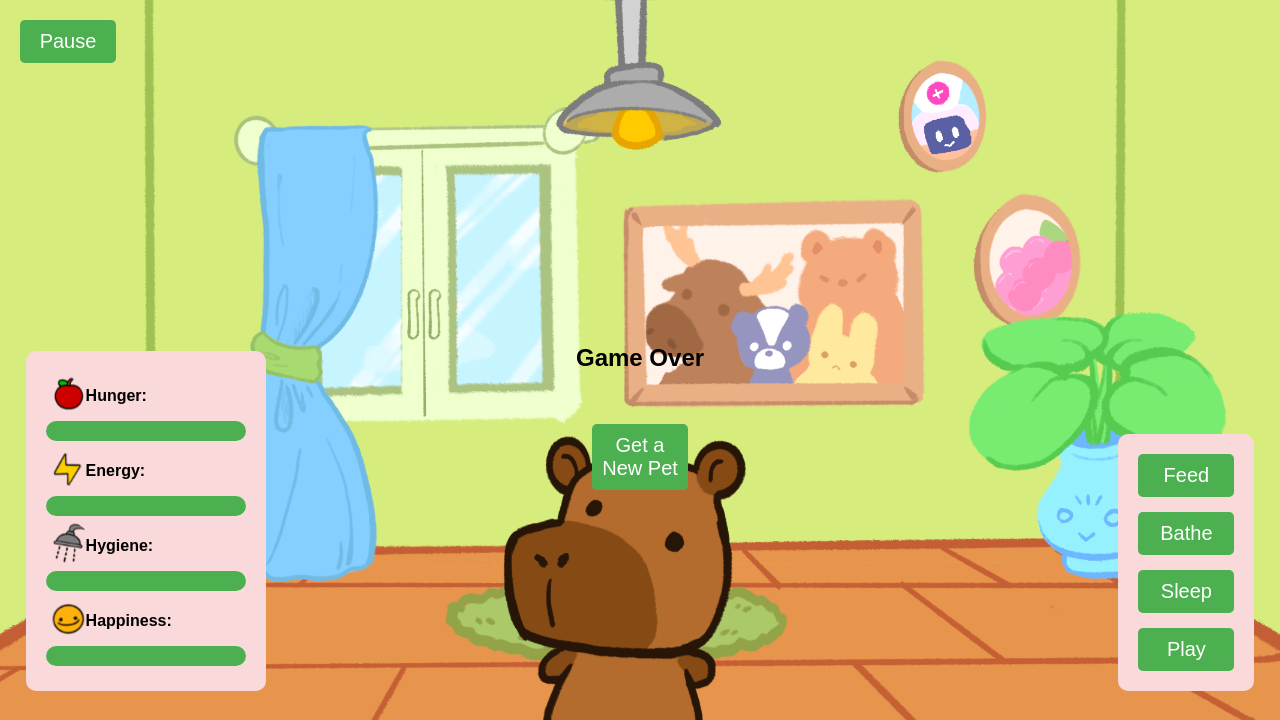
Repository: sarahjx/CapyCare
Page: html/index.html
The author's editor kept a copy of each file at every save. The page is drawn from the files as they stood at one save, then again after the next save.
The browser window is 1280 px wide. The pictures show the whole page.
Some web fonts or font styles are not loaded; a fallback is used.

Above is the page before, as saved 2025-05-01 14:46:29.
Console error: TypeError: Cannot set properties of null (setting 'innerText')

### html/index.html
<!-- @format -->

<!DOCTYPE html>
<html lang="en">
  <head>
    <meta charset="UTF-8" />
    <meta name="viewport" content="width=device-width, initial-scale=1.0" />
    <title>Virtual Pet Game</title>
    <link rel="preconnect" href="https://fonts.googleapis.com">
    <link rel="preconnect" href="https://fonts.gstatic.com" crossorigin>
    <link href="https://fonts.googleapis.com/css2?family=McLaren&display=swap" rel="stylesheet">
    <link rel="stylesheet" href="../css/statusbar.css" />
  </head>
  <body>

    <div class="pet-container">
      <img class="pet-image" src="../images/capybara.png" alt="capybara" />
    </div>

    <div class="status-bar-container">

      <div class="status-bar">
        <div class="status-icon-container">
        <span class="hunger-icon"><img src="../images/hunger.svg" alt="hunger icon"></span>
        <span class="status-label">Hunger:</span>
        </div>
        <div class="status-progress">
          <div id="hunger-fill" class="status-fill"></div>
        </div>
        <div id="hunger-warning" class="warning"></div>
      </div>

      <div class="status-bar">
        <div class="status-icon-container">
        <span class="energy-icon"><img src="../images/energy.svg" alt="energy icon"></span>
        <span class="status-label">Energy:</span>
        </div>
        <div class="status-progress">
          <div id="energy-fill" class="status-fill"></div>
        </div>
        <div id="energy-warning" class="warning"></div>
      </div>

      <div class="status-bar">
        <div class="status-icon-container">
        <span class="hygiene-icon"><img src="../images/hygiene.svg" alt="hygiene icon"></span>
        <span class="status-label">Hygiene:</span>
        </div>
        <div class="status-progress">
          <div id="hygiene-fill" class="status-fill"></div>
        </div>
        <div id="hygiene-warning" class="warning"></div>
      </div>

      <div class="status-bar">
        <div class="status-icon-container">
        <span class="happiness-icon"><img src="../images/happiness.svg" alt="hygiene icon"></span>
        <span class="status-label">Happiness:</span>
        </div>
        <div class="status-progress">
          <div id="happiness-fill" class="status-fill"></div>
        </div>
        <div id="happiness-warning" class="warning"></div>
      </div>
    </div>

      <div class="action-buttons">
        <button onclick="feedPet(currentPet)">Feed</button>
        <button onclick="bathePet(currentPet)">Bathe</button>
        <button onclick="bedtime(currentPet)">Sleep</button>
        <button onclick="touchPet(currentPet)">Play</button>
      </div>
      <button id="pauseButton" onclick="togglePause()" class="pause-button">
        Pause
      </button>
    </div>

    <div id="gameOverScreen" class="game-over-screen">
      <div class="game-over-content">
        <h2>Game Over</h2>
        <p id="gameOverMessage"></p>
        <button onclick="resetGame()">Get a New Pet</button>
      </div>
    </div>

    <script src="../backend/status.js"></script>
  </body>
</html>

### css/statusbar.css
/** @format */

:root {
  --primary-color: #f9d9d9;
  --secondary-color: #d9e7f9;
  --tertiary-color: #fff1fb;
  --accent-color: #f7efd7;
  --text-color: #333;
  --spacing-xs: 0.5rem;
  --spacing-sm: 0.75rem;
  --spacing-md: 1rem;
  --spacing-lg: 1.5rem;
  --spacing-xl: 2rem;
  --spacing-xxl: 3rem;
  --font-family: "McLaren", sans-serif;
  --font-size-xs: 0.75rem;
  --font-size-sm: 0.875rem;
  --font-size-md: 1rem;
  --font-size-lg: 1.125rem;
  --font-size-xl: 1.25rem;
  --font-size-xxl: 1.5rem;
}

body {
  font-family: var(--font-family);
  margin: 0 auto;
  padding: 20px;
  background-image: url("../images/room.png");
  background-size: cover;
  background-repeat: no-repeat;
  background-attachment: fixed;
  background-position: center;
}

.pet-container {
  display: flex;
  flex-direction: column;
  align-items: center;
  justify-content: center;
}

.pet-image {
  transform: scale(0.3);
  position: fixed;
  margin-top: 1200px;
}

.status-bar-container {
  position: fixed;
  background-color: var(--primary-color);
  padding: 20px;
  border-radius: 10px;
  display: inline-flex;
  flex-direction: column;
  bottom: 4%;
  left: 2%;
}

.status-icon-container {
  display: flex;
  align-items: center;
  margin-bottom: 0;
}

.hunger-icon,
.energy-icon,
.happiness-icon,
.hygiene-icon {
  width: 10px;
  height: auto;
  margin-right: 30px;
}

.status-bar {
  margin: 0;
}

.status-label {
  display: inline-block;
  width: 100px;
  font-weight: bold;
  margin: 0;
}

.status-progress {
  width: 200px;
  height: 20px;
  background-color: #ffffff;
  border-radius: 10px;
  overflow: hidden;
  position: relative;
}

.status-fill {
  height: 100%;
  width: 100%;
  position: absolute;
  left: 0;
  top: 0;
  background-color: #4caf50;
  transition: width 0.3s ease;
}

.status-row {
  display: flex;
  align-items: center;
  gap: 10px;
  margin-bottom: 10px;
}

.status-icon {
  width: 24px;
  height: 24px;
}

.status-value {
  min-width: 50px;
  text-align: right;
  font-weight: bold;
  color: #333;
}

.action-buttons {
  margin-top: 20px;
  display: inline-flex;
  flex-direction: column;
  padding: 20px;
  border-radius: 10px;
  gap: 15px;
  background-color: var(--primary-color);
  position: fixed;
  right: 2%;
  bottom: 4%;
}

button {
  padding: 10px;
  border: none;
  border-radius: 5px;
  background-color: #4caf50;
  color: white;
  cursor: pointer;
  transition: background-color 0.3s;
  width: 6rem;
  font-family: var(--font-family);
  font-weight: 7pt;
  font-size: var(--font-size-xl);
}

button:hover {
  background-color: #45a049;
}

.warning {
  color: #ff9800;
  font-weight: bold;
  margin-top: 5px;
}

.critical {
  color: #f44336;
  font-weight: bold;
  margin-top: 5px;
}

.hidden {
  display: none;
}

.game-over-content {
  /* display: none; */
  position: fixed;
  display: flex;
  flex-direction: column;
  justify-content: center;
  align-items: center;
  left: 45%;
  top: 45%;


}

### backend/status.js
/** @format */

function Personality(favFood, active, clean, clingy, foodLover, introText) {
  this.favFood = favFood;
  this.active = active;
  this.clean = clean;
  this.clingy = clingy;
  this.foodLover = foodLover;
  this.intro = introText;
}

const mix1 = new Personality(
  "Sunfruit",
  true,
  true,
  true,
  true,
  "This pet is energetic and playful, always ready to explore or play. They love the taste of Sunfruit and will happily eat it when offered, but they'll need constant attention, so expect lots of petting and cuddling. Despite their active nature, they stay clean and are easy to bathe. This pet loves affection and will return it in kind!"
);
const mix2 = new Personality(
  "Snakberry",
  true,
  true,
  false,
  true,
  "This pet is full of energy and loves to make the most of their days. They are particularly fond of Snakberries, which they will devour happily, but they tend to get hungry more often due to their high energy levels. Despite their active nature, they keep themselves clean and are easy to bathe. They're not overly clingy, so while they'll happily spend time with you, they won't be demanding affection constantly."
);
const mix3 = new Personality(
  "Dreamleaf",
  false,
  false,
  true,
  false,
  "This pet is laid-back and enjoys spending time with you, always seeking your company. They love Dreamleaf as a treat, but they're not particularly food-driven and don't get hungry as often. While they may get a little dirty from time to time, they tend to move around when you try to bathe them. Expect them to seek out your attention frequently, and be ready to shower them with love when they come to you for pets."
);

const personalities = [mix1, mix2, mix3];

// Global variables
let currentPet = null;
let hunger = 100;
let energy = 100;
let hygiene = 100;
let happiness = 100;
let isGameOver = false;
let isPaused = false;

// Store interval IDs globally
let hungerInterval = null;
let energyInterval = null;
let hygieneInterval = null;
let happinessInterval = null;

// Initialize the game
function initializeGame() {
  currentPet = getRandomPersonality();
  hunger = 100;
  energy = 100;
  hygiene = 100;
  happiness = 100;
  updateStatusBars();
  updateIntervals();
}

function getRandomPersonality() {
  const randomIndex = Math.floor(Math.random() * personalities.length);
  currentPet = personalities[randomIndex];
  console.log("New pet initialized:", currentPet.intro);
  return currentPet;
}

// Personality-based status decrease functions
function decreaseHunger() {
  if (!currentPet || isGameOver) return;
  const decreaseAmount = currentPet.foodLover ? 15 : 10;
  hunger = Math.max(0, hunger - decreaseAmount);
  updateStatusBars();
  if (hunger === 0 && checkGameOver()) return;
}

function decreaseEnergy() {
  if (!currentPet || isGameOver) return;
  const decreaseAmount = currentPet.active ? 15 : 10;
  energy = Math.max(0, energy - decreaseAmount);
  updateStatusBars();
  if (energy === 0 && checkGameOver()) return;
}

function decreaseHygiene() {
  if (!currentPet || isGameOver) return;
  const decreaseAmount = currentPet.clean ? 8 : 12;
  hygiene = Math.max(0, hygiene - decreaseAmount);
  updateStatusBars();
  if (hygiene === 0 && checkGameOver()) return;
}

function decreaseHappiness() {
  if (!currentPet || isGameOver) return;
  const decreaseAmount = currentPet.clingy ? 15 : 10;
  happiness = Math.max(0, happiness - decreaseAmount);
  updateStatusBars();
  if (happiness === 0 && checkGameOver()) return;
}

// Update intervals with personality-based timing
function updateIntervals() {
  // Clear any existing intervals
  if (hungerInterval) clearInterval(hungerInterval);
  if (energyInterval) clearInterval(energyInterval);
  if (hygieneInterval) clearInterval(hygieneInterval);
  if (happinessInterval) clearInterval(happinessInterval);

  // Set new intervals based on personality
  hungerInterval = setInterval(
    () => {
      decreaseHunger();
      warning();
    },
    currentPet.foodLover ? 6000 : 8000
  );

  energyInterval = setInterval(
    () => {
      decreaseEnergy();
      warning();
    },
    currentPet.active ? 8000 : 12000
  );

  hygieneInterval = setInterval(
    () => {
      decreaseHygiene();
      warning();
    },
    currentPet.clean ? 18000 : 15000
  );

  happinessInterval = setInterval(
    () => {
      decreaseHappiness();
      warning();
    },
    currentPet.clingy ? 8000 : 10000
  );

  console.log("Intervals updated for pet:", currentPet.intro);
}

// Pause game function
function pauseGame() {
  if (hungerInterval) clearInterval(hungerInterval);
  if (energyInterval) clearInterval(energyInterval);
  if (hygieneInterval) clearInterval(hygieneInterval);
  if (happinessInterval) clearInterval(happinessInterval);
  console.log("Game paused");
}

// Resume game function
function resumeGame() {
  updateIntervals();
  console.log("Game resumed");
}

function touchPet(personality) {
  if (personality.clingy) {
    gainStatus("happiness");
    console.log("Your pet loves the attention!");
  } else {
    loseStatus("happiness");
    console.log("Your pet prefers their space.");
  }
}

function feedPet(personality) {
  gainStatus("hunger"); // Always increase hunger
  if (personality.foodLover) {
    gainStatus("happiness");
    console.log("Your pet loves the food!");
  } else {
    loseStatus("happiness");
    console.log("Your pet isn't very interested in food.");
  }
}

function bathePet(personality) {
  gainStatus("hygiene"); // Always increase hygiene
  if (personality.clean) {
    gainStatus("happiness");
    console.log("Your pet enjoys being clean!");
  } else {
    loseStatus("happiness");
    console.log("Your pet doesn't like baths.");
  }
}

function bedtime(personality) {
  const petImage = document.querySelector(".pet-image");
  if (petImage) {
    // Store the current image to return to
    const currentImage = petImage.src;

    // Show sleeping animation
    petImage.src = "../images/Sleep.PNG";

    // After 3 seconds, restore the previous state
    setTimeout(() => {
      updatePetImage();
    }, 3000);
  }

  gainStatus("energy"); // Always increase energy
  if (personality.active) {
    loseStatus("happiness");
    console.log("Your pet is too energetic to sleep!");
  } else {
    gainStatus("happiness");
    console.log("Your pet enjoys resting.");
  }
}

function gainStatus(category) {
  switch (category) {
    case "hunger":
      if (hunger >= 100) {
        console.log("Hunger is full!");
      } else if (hunger < 100) {
        hunger += 10;
        console.log("Hunger: " + hunger);
      }
      break;
    case "energy":
      if (energy >= 100) {
        console.log("Energy is full!");
      } else if (energy < 100) {
        energy += 10;
        console.log("Energy: " + energy);
      }
      break;
    case "hygiene":
      if (hygiene >= 100) {
        console.log("Hygiene is full!");
      } else if (hygiene < 100) {
        hygiene += 10;
        console.log("Hygiene: " + hygiene);
      }
      break;
    case "happiness":
      if (happiness >= 100) {
        console.log("Happiness is full!");
      } else if (happiness < 100) {
        happiness += 10;
        console.log("Happiness: " + happiness);
      }
      break;
    default:
      console.log("Invalid category");
  }
}

function loseStatus(category) {
  switch (category) {
    case "hunger":
      if (hunger <= 0) {
        console.log("Hunger is empty!");
        hunger = 0;
      } else if (hunger > 0) {
        hunger -= 10;
        console.log("Hunger: " + hunger);
      }
      break;
    case "energy":
      if (energy <= 0) {
        console.log("Energy is empty!");
        energy = 0;
      } else if (energy > 0) {
        energy -= 10;
        console.log("Energy: " + energy);
      }
      break;
    case "hygiene":
      if (hygiene <= 0) {
        console.log("Hygiene is empty!");
        hygiene = 0;
      } else if (hygiene > 0) {
        hygiene -= 10;
        console.log("Hygiene: " + hygiene);
      }
      break;
    case "happiness":
      if (happiness <= 0) {
        console.log("Happiness is empty!");
        happiness = 0;
      } else if (happiness > 0) {
        happiness -= 3;
        console.log("Happiness: " + happiness);
      }
      break;
    default:
      console.log("Invalid category");
  }
}

function warning() {
  // Hunger warnings
  if (hunger <= 50 && hunger > 20) {
    document.getElementById("hunger-warning").textContent =
      "Your pet is getting hungry!";
    document.getElementById("hunger-warning").className = "warning";
  } else if (hunger <= 20 && hunger > 0) {
    document.getElementById("hunger-warning").textContent =
      "Your pet is starving!";
    document.getElementById("hunger-warning").className = "critical";
  } else {
    document.getElementById("hunger-warning").textContent = "";
  }

  // Energy warnings
  if (energy <= 50 && energy > 20) {
    document.getElementById("energy-warning").textContent =
      "Your pet is getting tired!";
    document.getElementById("energy-warning").className = "warning";
  } else if (energy <= 20 && energy > 0) {
    document.getElementById("energy-warning").textContent =
      "Your pet is exhausted!";
    document.getElementById("energy-warning").className = "critical";
  } else {
    document.getElementById("energy-warning").textContent = "";
  }

  // Hygiene warnings
  if (hygiene <= 50 && hygiene > 20) {
    document.getElementById("hygiene-warning").textContent =
      "Your pet needs a bath!";
    document.getElementById("hygiene-warning").className = "warning";
  } else if (hygiene <= 20 && hygiene > 0) {
    document.getElementById("hygiene-warning").textContent =
      "Your pet is filthy!";
    document.getElementById("hygiene-warning").className = "critical";
  } else {
    document.getElementById("hygiene-warning").textContent = "";
  }

  // Happiness warnings
  if (happiness <= 50 && happiness > 20) {
    document.getElementById("happiness-warning").textContent =
      "Your pet is getting sad!";
    document.getElementById("happiness-warning").className = "warning";
  } else if (happiness <= 20 && happiness > 0) {
    document.getElementById("happiness-warning").textContent =
      "Your pet is depressed!";
    document.getElementById("happiness-warning").className = "critical";
  } else {
    document.getElementById("happiness-warning").textContent = "";
  }
}

function checkGameOver() {
  if (hunger <= 0 || energy <= 0 || hygiene <= 0 || happiness <= 0) {
    isGameOver = true;
    pauseGame();
    showGameOver();
    return true;
  }
  return false;
}

function showGameOver() {
  let reason = "";
  if (hunger <= 0) reason = "Your pet starved to death!";
  else if (energy <= 0) reason = "Your pet died from exhaustion!";
  else if (hygiene <= 0) reason = "Your pet died from poor hygiene!";
  else if (happiness <= 0) reason = "Your pet died from sadness!";

  console.log("GAME OVER: " + reason);
  document.getElementById("gameOverMessage").textContent = reason;
  document.getElementById("gameOverScreen").style.display = "flex";
}

function resetGame() {
  isGameOver = false;
  hunger = 100;
  energy = 100;
  hygiene = 100;
  happiness = 100;
  document.getElementById("gameOverScreen").style.display = "none";
  currentPet = getRandomPersonality();
  updateStatusBars();
  updateIntervals();
}

function togglePause() {
  isPaused = !isPaused;
  const pauseButton = document.getElementById("pauseButton");
  const buttons = document.querySelectorAll(
    ".buttons button:not(#pauseButton)"
  );

  if (isPaused) {
    pauseButton.textContent = "Resume";
    pauseButton.classList.add("paused");
    buttons.forEach((button) => (button.disabled = true));
    pauseGame();
  } else {
    pauseButton.textContent = "Pause";
    pauseButton.classList.remove("paused");
    buttons.forEach((button) => (button.disabled = false));
    resumeGame();
  }
}

// Update status bars
function updateStatusBars() {
  // Update the width of each status bar
  document.getElementById("hunger-fill").style.width = hunger + "%";
  document.getElementById("energy-fill").style.width = energy + "%";
  document.getElementById("happiness-fill").style.width = happiness + "%";
  document.getElementById("hygiene-fill").style.width = hygiene + "%";

  // Update pet image based on status
  updatePetImage();
}

// Override console.log to update UI
const originalConsoleLog = console.log;
console.log = function () {
  originalConsoleLog.apply(console, arguments);
  updateStatusBars();
};

// Simple toggle function
function toggleActions() {
  document.getElementById("action-buttons-column").classList.toggle("hidden");
  document.getElementById("toggle-button").classList.toggle("hidden");
}

// Initialize the game when the page loads
window.addEventListener("load", function () {
  initializeGame();
  // Update status bars every second
  setInterval(updateStatusBars, 1000);
});

// stopwatch

let [hours, minutes, seconds] = [0, 0, 0];
let timer = null;

function updateDisplay() {
  document.getElementById("display").innerText =
    `${String(hours).padStart(2, "0")}:` +
    `${String(minutes).padStart(2, "0")}:` +
    `${String(seconds).padStart(2, "0")}`;
}

function stopwatch() {
  seconds++;
  if (seconds === 60) {
    seconds = 0;
    minutes++;
    if (minutes === 60) {
      minutes = 0;
      hours++;
    }
  }
  updateDisplay();
}

function start() {
  if (timer !== null) return;
  timer = setInterval(stopwatch, 1000);
}

function stop() {
  clearInterval(timer);
  timer = null;
}

function reset() {
  stop();
  [hours, minutes, seconds] = [0, 0, 0];
  updateDisplay();
}

updateDisplay();

function updatePetImage() {
  const petImage = document.querySelector(".pet-image");
  if (!petImage) return;

  // Check if any status is 0 (dead)
  if (hunger <= 0 || energy <= 0 || hygiene <= 0 || happiness <= 0) {
    petImage.src = "../images/Fuckingdead.PNG";
    return;
  }

  // Check for multiple states
  if (hunger <= 60 && hygiene <= 60 && energy <= 60) {
    petImage.src = "../images/Dirty:Hungry:Tired.PNG";
  } else if (hunger <= 60 && hygiene <= 60) {
    petImage.src = "../images/Dirty:hungry.PNG";
  } else if (hunger <= 60 && energy <= 60) {
    petImage.src = "../images/Hungry:Tired.PNG";
  } else if (hygiene <= 60 && energy <= 60) {
    petImage.src = "../images/Dirty:Tired.PNG";
  } else if (energy <= 60) {
    petImage.src = "../images/Sleepy.PNG";
  } else if (hunger <= 60) {
    petImage.src = "../images/Hungry.PNG";
  } else if (hygiene <= 60) {
    petImage.src = "../images/Dirty.PNG";
  } else {
    petImage.src = "../images/Idle.PNG";
  }
}

After the next save:
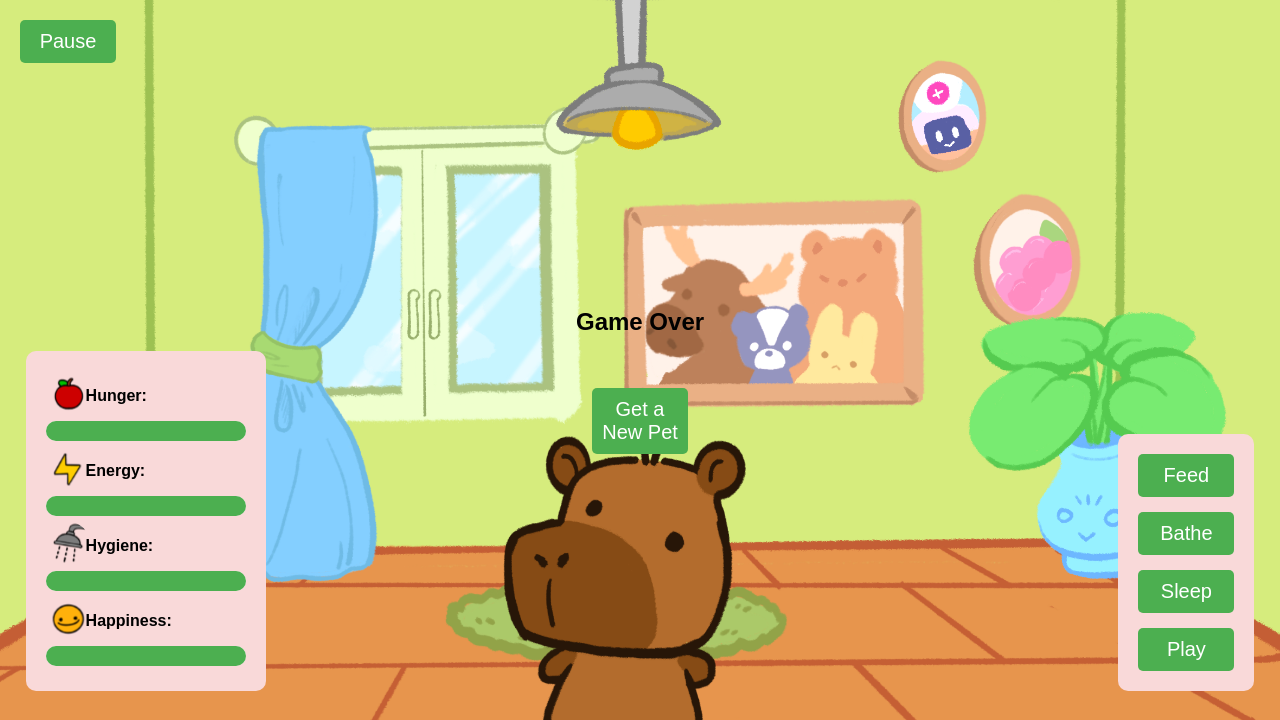
Saved 4 s later.
--- a/css/statusbar.css
+++ b/css/statusbar.css
@@ -175,7 +175,7 @@ button:hover {
   justify-content: center;
   align-items: center;
   left: 45%;
-  top: 45%;
+  top: 40%;
 
 
 }
